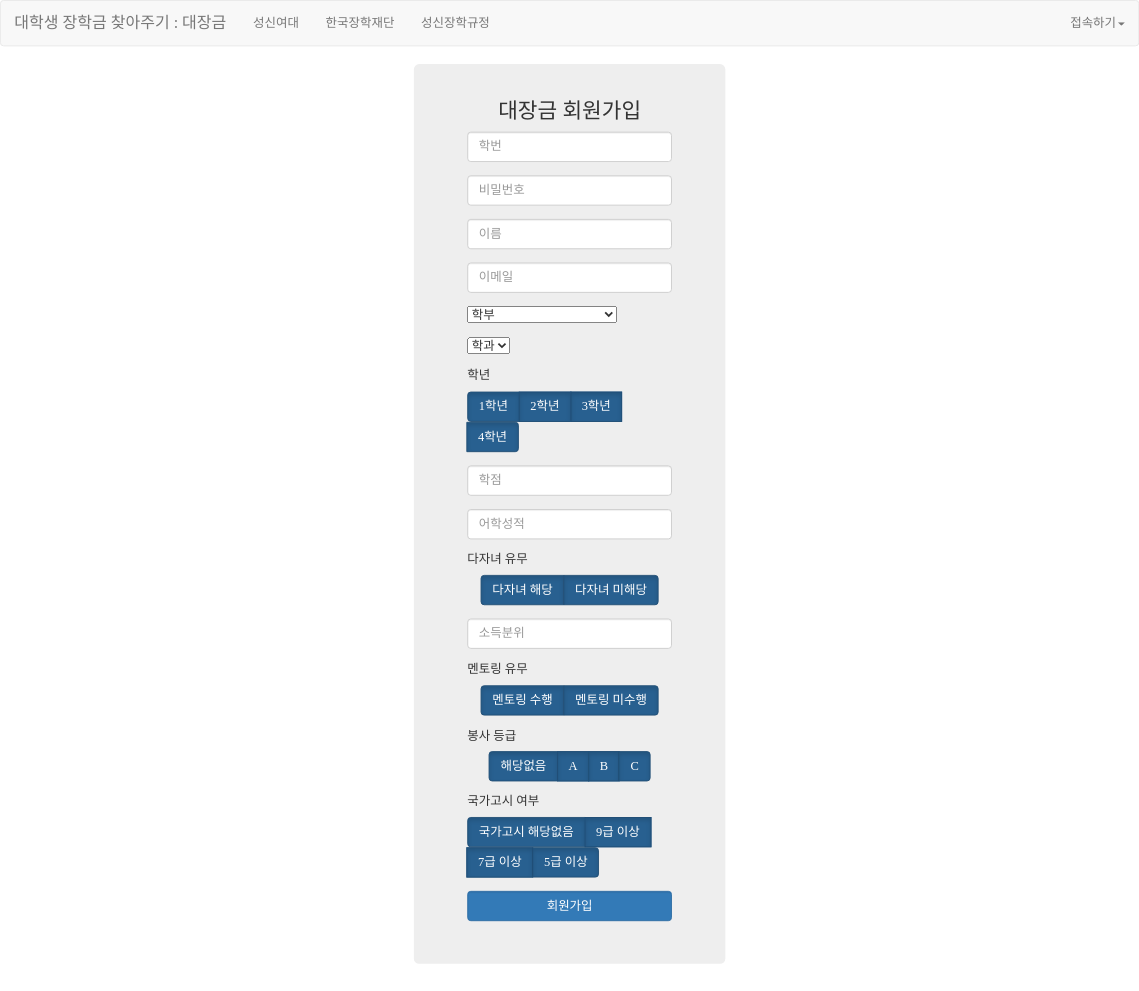
Repository: jiwon-214/DJG
Page: http://localhost/DJG/join.jsp
The author's editor kept a copy of each file at every save. The page is drawn from the files as they stood at one save, then again after the next save.
The browser window is 1280 px wide. The pictures show the whole page, at 89% of full size.
Some web fonts or font styles are not loaded; a fallback is used. Some web libraries are served in a nearby version. The page is served by Tomcat 9. Other server files are loaded and not shown.

Above is the page before, as saved 2022-01-10 19:34:20.

### DJG/WebContent/join.jsp
<%@ page language="java" contentType="text/html; charset=UTF-8"
    pageEncoding="UTF-8"%>
<!DOCTYPE html>
<html>
<head>
<meta charset="UTF-8">
<meta name = "viewport" content = "width=divice-width", initial-scale="1">
<link rel = "stylesheet" href = "css/bootstrap.css">
<link rel = "stylesheet" href = "css/custom.css">
<title>대장금</title>
</head>
<body>
	<nav class ="navbar navbar-default">
		<div class = "navbar-header">
			<button type = "button" class = "navbar-toggle collapsed"
				data-toggle = "collapse" data-target = "#bs-example-navbar-collapse-1"
				aria-expanded="false">
				<span class = "icon-bar"></span>
				<span class = "icon-bar"></span>
				<span class = "icon-bar"></span>
			</button>
			<a class="navbar-brand" href = "main.jsp">대학생 장학금 찾아주기 : 대장금</a>
		</div>
		<div class="collapse navbar-collapse" id="bs-example-navbar-collapse-1">
			<ul class = "nav navbar-nav">
				<li><a href="https://portal.sungshin.ac.kr/sso/login.jsp">성신여대</a></li>
				<li><a href="http://www.kosaf.go.kr/">한국장학재단</a></li>
				<li><a href="https://rule.sungshin.ac.kr/service/law/lawView.do?seq=95&historySeq=0&gubun=cur&tree=part">성신장학규정</a></li>
			</ul>
			<ul class="nav navbar-nav navbar-right">
				<li class="dropdown">
					<a href="#" class="dropdown-toggle"
						data-toggle="dropdown" role="button" aria-haspopup="true"
						aria-expanded="false">접속하기<span class="caret"></span></a>
					<ul class="dropdown-menu">
						<li><a href = "login.jsp">로그인 </a></li>
						<li class="active"><a href="join.jsp">회원가입</a></li>
					</ul>
				</li>
			</ul>
		</div>
	</nav>
	<div class="container">
      <div class="col-lg-4"></div>
      <div class="col-lg-4">
         <div class="jumbotron" style="padding-top:20px;">
            <form method="post" action="joinAction.jsp">
               <h3 style="text-align:center;">대장금 회원가입</h3>
               <div class="form-group">
                  <input type="text" class="form-control" placeholder="학번" name="userID" maxlength="10">
               </div>
               <div class="form-group">
                  <input type="password" class="form-control" placeholder="비밀번호" name="userPassword" maxlength="20">
               </div>
               <div class="form-group">
                  <input type="text" class="form-control" placeholder="이름" name="userName" maxlength="20">
               </div>
               <div class="form-group">
               	  <input type="Email" class="form-control" placeholder="이메일" name="userEmail" maxlength="30">
               </div>
               <div class="form-group">
               <select name="dept" onchange="changeDpt(this)">
                        <option value="none" selected disabled>학부</option>
                        <option value="인문과학대학">인문과학대학</option>
                        <option value="사회과학대학">사회과학대학</option>
                        <option value="법과대학">법과대학</option>
                        <option value="자연과학대학">자연과학대학</option>
                        <option value="지식서비스공과대학">지식서비스공과대학</option>
                        <option value="간호대학">간호대학</option>
                        <option value="Health&WellnessCollege">Health&Wellness College</option>
                        <option value="뷰티생활산업국제대학">뷰티 생활산업 국제대학</option>
                        <option value="사범대학">사범대학</option>
                        <option value="미술대학">미술대학</option>
                        <option value="음악대학">음악대학</option>
                        <option value="융합문화예술대학">융합 문화 예술 대학</option>
               </select>
				</div>
				<div class="form-group">
                    <select name="userMajor" id="userMajor">
                        <option selected disabled>학과</option>
                    </select>
                </div>
                <%--
               <div class="form-group">
                  <input type="text" class="form-control" placeholder="전공" name="userMajor" maxlength="20">
               </div>
               --%>
               <h5>학년</h5>
               <div class="form-group" style="text-align:center;">
                  <div class="btn-group" data-toggle="buttons">
                     <label class="btn btn-primary active">
                        <input type = "radio" name="userYear" autocomplete="off" value="1" checked>1학년
                     </label>
                     <label class="btn btn-primary active">
                        <input type = "radio" name="userYear" autocomplete="off" value="2">2학년
                     </label>
                     <label class="btn btn-primary active">
                        <input type = "radio" name="userYear" autocomplete="off" value="3">3학년
                     </label>
                     <label class="btn btn-primary active">
                        <input type = "radio" name="userYear" autocomplete="off" value="4">4학년
                     </label>
                  </div>
               </div>

               <div class="form-group">
                  <input type="text" class="form-control" placeholder="학점" name="userGrade" maxlength="10">
               </div>

               <div class="form-group">
                  <input type="text" class="form-control" placeholder="어학성적" name="userLgrade" maxlength="10">
               </div>

               <h5>다자녀 유무</h5>
               <div class="form-group" style="text-align:center;">
                  <div class="btn-group" data-toggle="buttons">
                     <label class="btn btn-primary active">
                        <input type = "radio" name ="userMchild" autocomplete="off" value="다자녀_해당" checked>다자녀 해당
                     </label>
                     <label class="btn btn-primary active">
                        <input type = "radio" name ="userMchild" autocomplete="off" value="다자녀_미해당">다자녀 미해당
                     </label>
                  </div>
               </div>
               <div class="form-group">
                  <input type="text" class="form-control" placeholder="소득분위" name="userIncome" maxlength="10">
               </div>

               <h5>멘토링 유무</h5>
               <div class="form-group" style="text-align:center;">
                  <div class="btn-group" data-toggle="buttons">
                     <label class="btn btn-primary active">
                        <input type="radio" name="userMentor" autocomplete="off" value="멘토링_수행" checked>멘토링 수행
                     </label>
                     <label class="btn btn-primary active">
                        <input type = "radio" name="userMentor" autocomplete="off" value="멘토링_미수행">멘토링 미수행
                     </label>
                  </div>
               </div>

               <h5>봉사 등급</h5>
               <div class="form-group" style="text-align:center;">
                  <div class="btn-group" data-toggle="buttons">
                     <label class="btn btn-primary active">
                        <input type="radio" name="userVol" autocomplete="off" value="봉사등급_없음" checked>해당없음
                     </label>
                     <label class="btn btn-primary active">
                        <input type="radio" name="userVol" autocomplete="off" value="A등급">A
                     </label>
                     <label class="btn btn-primary active">
                        <input type="radio" name="userVol" autocomplete="off" value="B등급">B
                     </label>
                     <label class="btn btn-primary active">
                        <input type="radio" name="userVol" autocomplete="off" value="C등급">C
                     </label>
                  </div>
               </div>

               <h5>국가고시 여부</h5>
               <div class="form-group" style="text-align:center;">
                  <div class="btn-group" data-toggle="buttons">
                     <label class="btn btn-primary active">
                        <input type="radio" name="userExam" autocomplete="off" value="국가고시X" checked>국가고시 해당없음
                     </label>
                     <label class="btn btn-primary active">
                        <input type="radio" name="userExam" autocomplete="off" value="9급_이상">9급 이상
                     </label>
                     <label class="btn btn-primary active">
                        <input type="radio" name="userExam" autocomplete="off" value="7급_이상">7급 이상
                     </label>
                     <label class="btn btn-primary active">
                        <input type="radio" name="userExam" autocomplete="off" value="5급_이상">5급 이상
                     </label>
                  </div>
               </div>
               <input type="submit" class="btn btn-primary form-control" value="회원가입">
            </form>
         </div>
      </div>
      <div class="col-lg-4"></div>
   </div>
		<div class="col-lg-4"></div>
	</div>

	<script>
    function changeDpt(e) {
        var humanities = ["국어국문학과", "영어영문학과", "독일어문/문화학과", "프랑스어문/문화학과", "일본어문/문화학과", "중국어문/문화학과", "사학과"];
        var historic = ["정치외교학과", "심리학과", "지리학과", "경제학과", "미디어커뮤니케이션학과", "경영학부", "사회복지학과"];
        var law = ["법학부"];
        var nature = ["수리통계 데이터사이언스 학부", "화학/에너지융합학부"];
        var engineering = ["서비스디자인공학과", "융합보안공학과", "컴퓨터공학과", "청정융합에너지공학과", "바이오식품공학과", "바이오생명공학과", "AI융합학부"];
        var nursing = ["간호학과"];
        var health = ["바이오신약의과학부", "바이오헬스융합학부", "스포츠과학부"];
        var beauty = ["의류산업학과", "뷰티산업학과", "소비자생활문화산업학과"];
        var teach = ["교육학과", "사회교육과", "윤리교육과", "한문교육과", "유아교육과"];
        var art = ["동양학과", "서양학과", "조소과", "공예과", "산업디자인과"];
        var music = ["성악과", "기악과", "작곡과"];
        var culture = ["문화예술경영학과", "미디어영상연기학과", "현대실용음악학과", "무용예술학과"];
        var target = document.getElementById("userMajor");

        if (e.value == "인문과학대학") {
            var dept = humanities;
        } else if (e.value == "사회과학대학") {
            var dept = historic;
        } else if (e.value == "법과대학") {
            var dept = law;
        } else if (e.value == "자연과학대학") {
        	var dept = nature;
        } else if (e.value == "지식서비스공과대학") {
        	var dept = engineering;
        } else if (e.value == "간호대학") {
        	var dept = nursing;
        } else if (e.value == "Health&WellnessCollege") {
        	var dept = health;
        } else if (e.value == "뷰티생활산업국제대학") {
        	var dept = beauty;
        } else if (e.value == "사범대학") {
        	var dept = teach;
        } else if (e.value == "미술대학") {
        	var dept = art;
        } else if (e.value == "음악대학") {
        	var dept = music;
        } else if (e.value == "뷰티생활산업국제대학") {
        	var dept = beauty;
        } else {
        	var dept = culture;
        }
        target.options.length = 0;
        for (i in dept) {
            var opt = document.createElement("option");
            opt.value = dept[i];
            opt.innerHTML = dept[i];
            target.appendChild(opt);
        }
    }
</script>
	<script src = "https://code.jquery.com/jquery-3.1.1.min.js"></script>
	<script src = "js/bootstrap.js"></script>
</body>
</html>

### DJG/WebContent/css/custom.css
@import url(http://fonts.googleapis.com/earlyaccess/nanumgothic.css);
@import url(http://fonts.googleapis.com/earlyaccess/hanna.css);
* {
	font-family : 'Nanum Gothic';
}
h1 {
	font-famaily : 'Hanna';
}

Loaded but not shown: DJG/WebContent/css/bootstrap.css (library); DJG/WebContent/js/bootstrap.js (library)

After the next save:
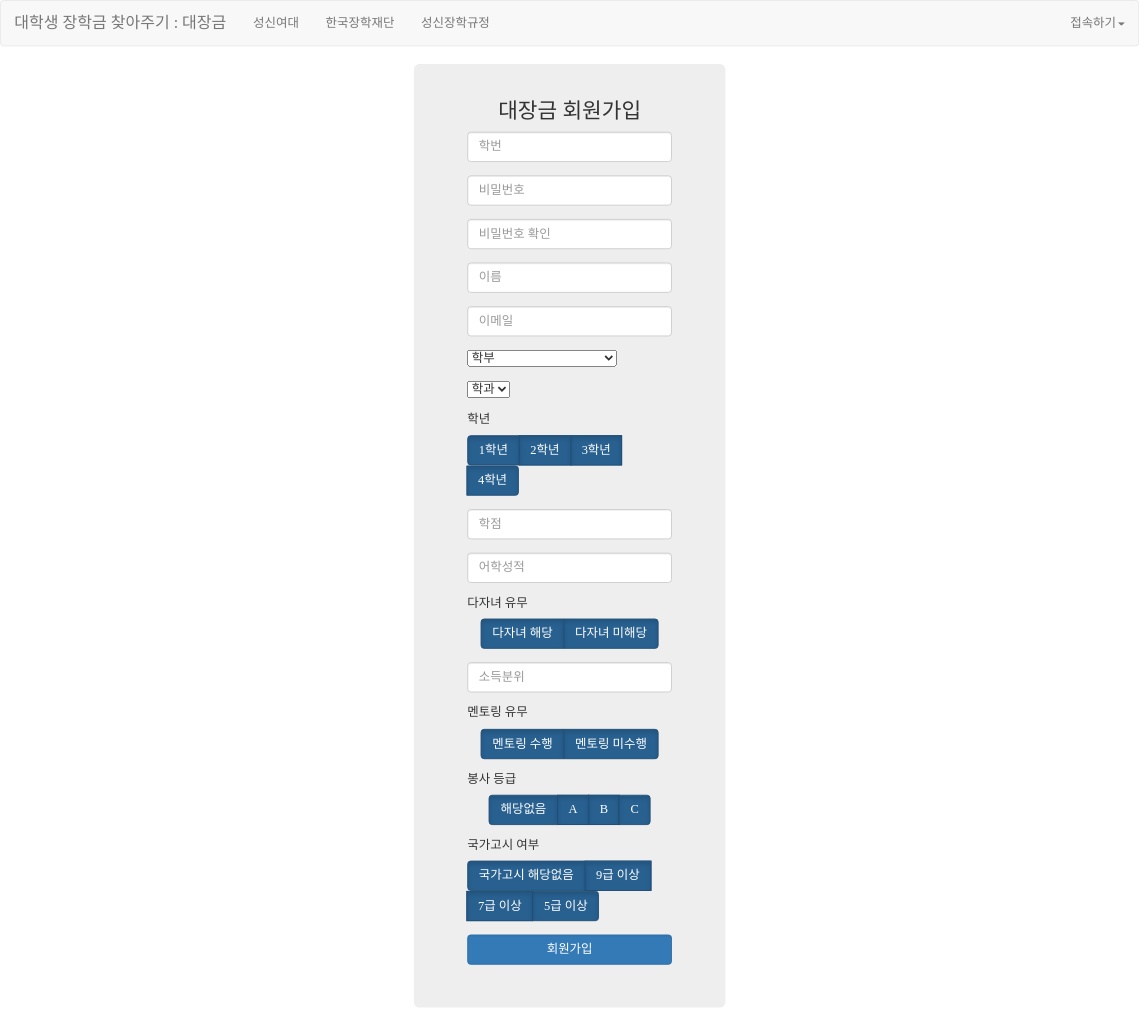
Saved 8 min 45 s later.
--- a/DJG/WebContent/join.jsp
+++ b/DJG/WebContent/join.jsp
@@ -50,7 +50,10 @@
                   <input type="text" class="form-control" placeholder="학번" name="userID" maxlength="10">
                </div>
                <div class="form-group">
-                  <input type="password" class="form-control" placeholder="비밀번호" name="userPassword" maxlength="20">
+                  <input type="password" class="form-control" placeholder="비밀번호" name="userPassword" id="userPassword" maxlength="20">
+               </div>
+               <div class="form-group">
+                  <input type="password" class="form-control" placeholder="비밀번호 확인" name="userPassword" id="userPassword_again" maxlength="20">
                </div>
                <div class="form-group">
                   <input type="text" class="form-control" placeholder="이름" name="userName" maxlength="20">
@@ -233,6 +236,21 @@
             target.appendChild(opt);
         }
     }
+
+    function password() {
+    	var pw = document.getElementById('password').value;
+    	var pw2 = document.getElementById('password_againg').value;
+
+    	if(pw.length < 3) {
+    		alert('비밀번호는 4글자 이상으로 입력해주세요.');
+    		history.back();
+    	}
+
+    	if(pw != pw2) {
+    		alert('비밀번호가 일치하지 않습니다.');
+    		history.back();
+    	}
+    }
 </script>
 	<script src = "https://code.jquery.com/jquery-3.1.1.min.js"></script>
 	<script src = "js/bootstrap.js"></script>
